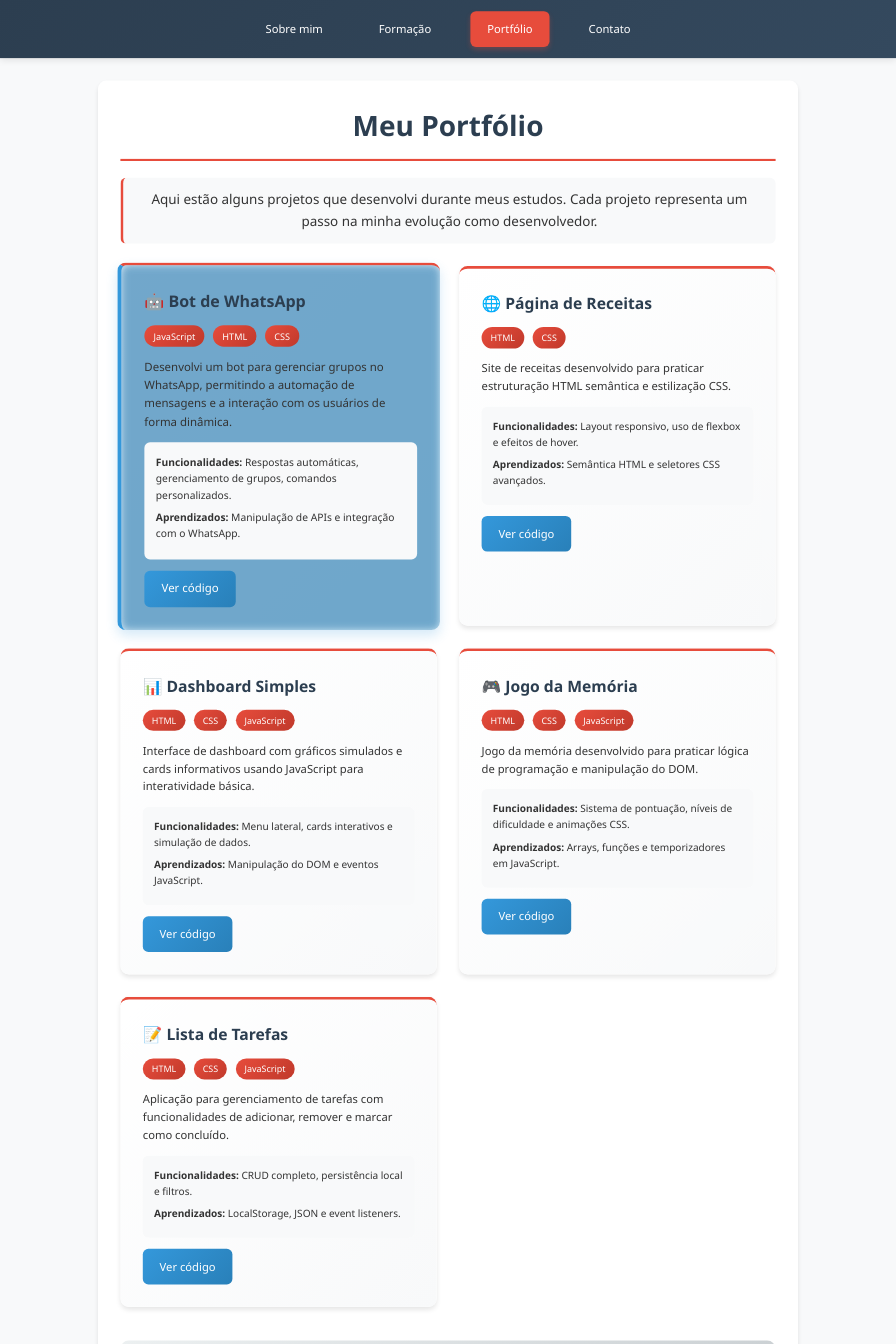
Repository: AnderHonorato/meu-portfolio
Page: portfolio.html
An editor plug-in stored every save of this project. The page is shown before and after a run of saves, followed by the edit.
The browser window is 1280 px wide. The pictures show the part of the page from y = 0 to 1920 px (the page is 2792 px tall), at 70% of full size.

Above is the page before, as saved 2025-08-26 20:31:03.

After the next 3 saves:
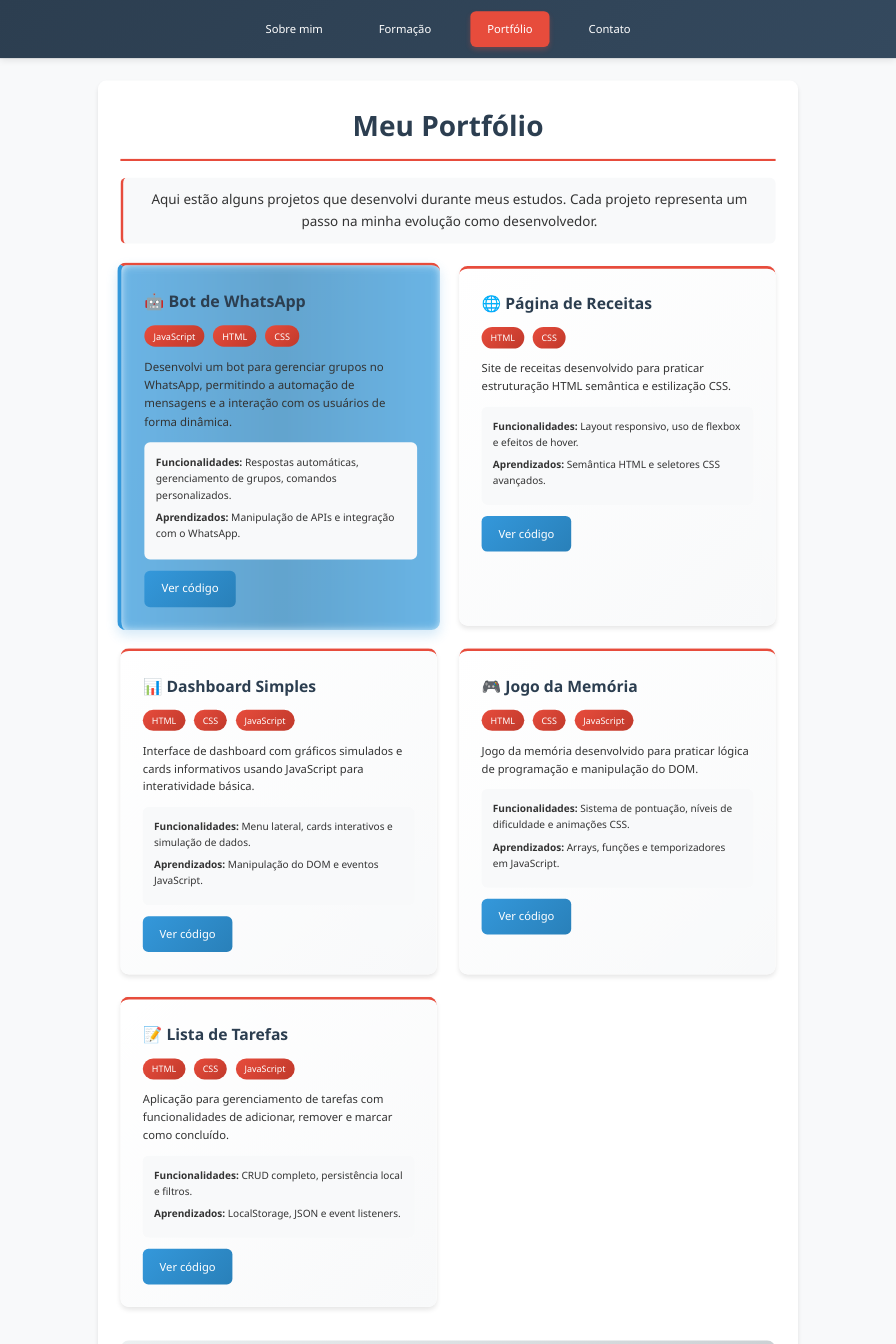
The 3 saves are shown as one change because they came seconds apart.
The last was saved 10 s later.
--- a/css/style.css
+++ b/css/style.css
@@ -711,7 +711,7 @@ html {
     left: -2px;
     right: -2px;
     bottom: -2px;
-    background: linear-gradient(90deg, #3c85b6, #3c85b6, #3c85b6);
+    background: linear-gradient(90deg, #3498db, #2980b9, #3498db);
     z-index: 0;
     border-radius: 12px;
     filter: blur(6px);
